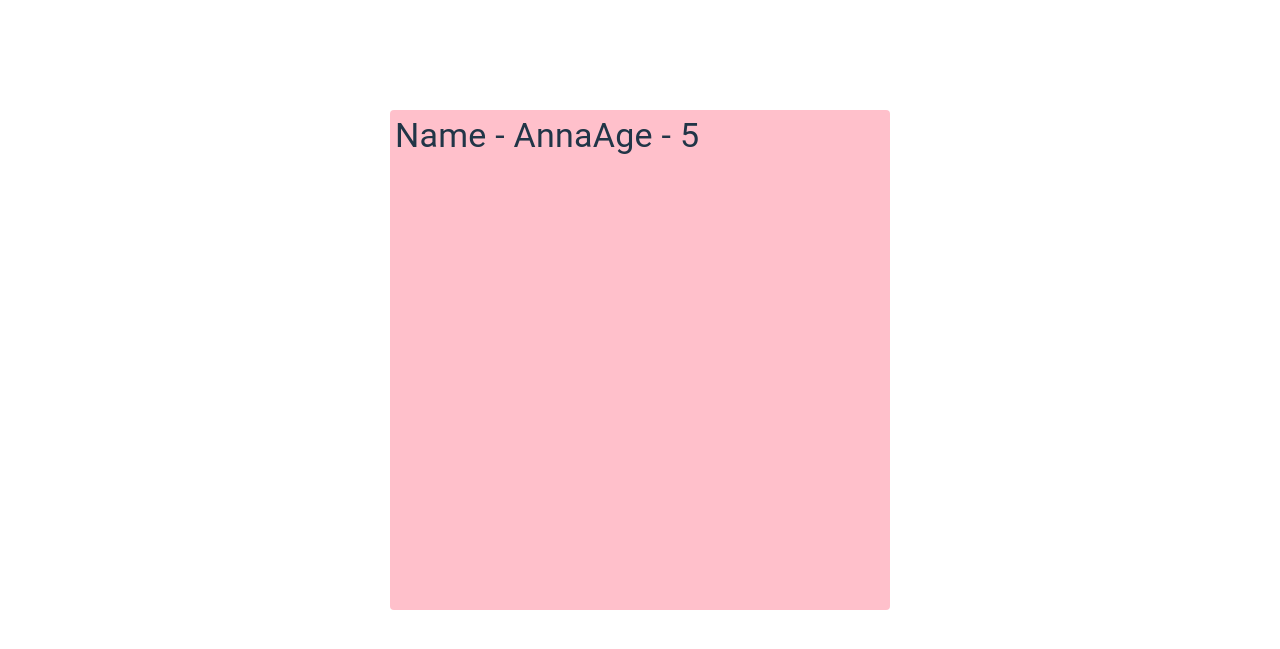
Repository: savannaaaas/props
Page: /
The author's editor kept a copy of each file at every save. The page is drawn from the files as they stood at one save, then again after a run of saves.
The browser window is 1280 px wide. The pictures show the whole page.
The project was rebuilt for these pictures with package versions that can differ from the ones it lists, and the page was loaded fresh each time. Also part of the build but not shown: vite.config.js.

Above is the page before, as saved 2025-07-07 23:41:56.

### src/App.jsx
import "./App.css";
import Box from "@mui/material/Box";
import { Person } from "./components/Person";
/**1. Создать 6 любых компонент.
2. В компоненты передать props следующих типов данных:
number
string
boolean
object
function
array
3. Использовать в компонентах каждый prop.
4. Сделать деструктуризацию props. */
function App() {
  return (
    <Box
      sx={{
        width: 500,
        height: 500,
        borderRadius: 1,
        bgcolor: "pink",
      }}
    >
      <Person name={"Anna"} age={5} />
    </Box>
  );
}

export default App;

### src/components/Person.jsx
import Typography from "@mui/material/Typography";
export const Person = ({ name, age }) => {
  return (
    <Typography variant="h4" align="left" style={{ padding: "5px" }}>
      Name - {name}
      Age - {age}
    </Typography>
  );
};

Loaded but not shown: index.html (common file); src/main.jsx (common file); src/index.css (common file); src/App.css (common file)

After the next 2 saves:
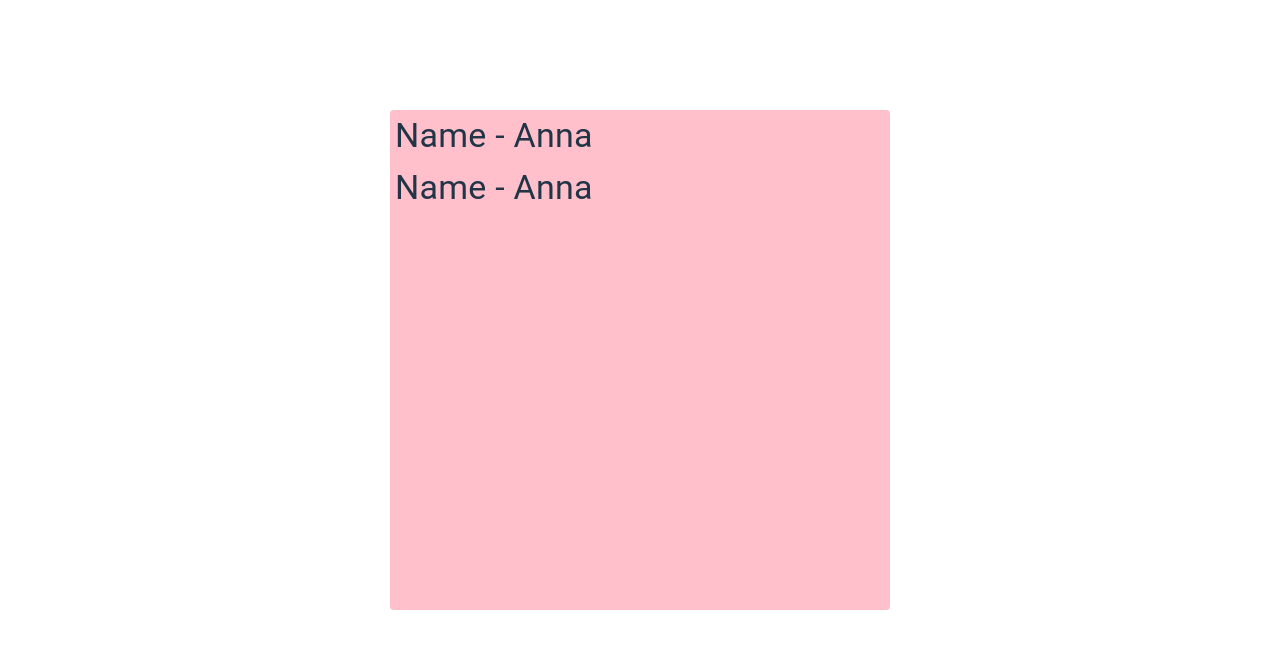
The 2 saves are shown as one change because they came seconds apart.
The last was saved 35 s later.
--- a/src/components/Person.jsx
+++ b/src/components/Person.jsx
@@ -1,9 +1,13 @@
 import Typography from "@mui/material/Typography";
 export const Person = ({ name, age }) => {
   return (
-    <Typography variant="h4" align="left" style={{ padding: "5px" }}>
-      Name - {name}
-      Age - {age}
-    </Typography>
+    <>
+      <Typography variant="h4" align="left" style={{ padding: "5px" }}>
+        Name - {name}
+      </Typography>
+      <Typography variant="h4" align="left" style={{ padding: "5px" }}>
+        Name - {name}
+      </Typography>
+    </>
   );
 };
